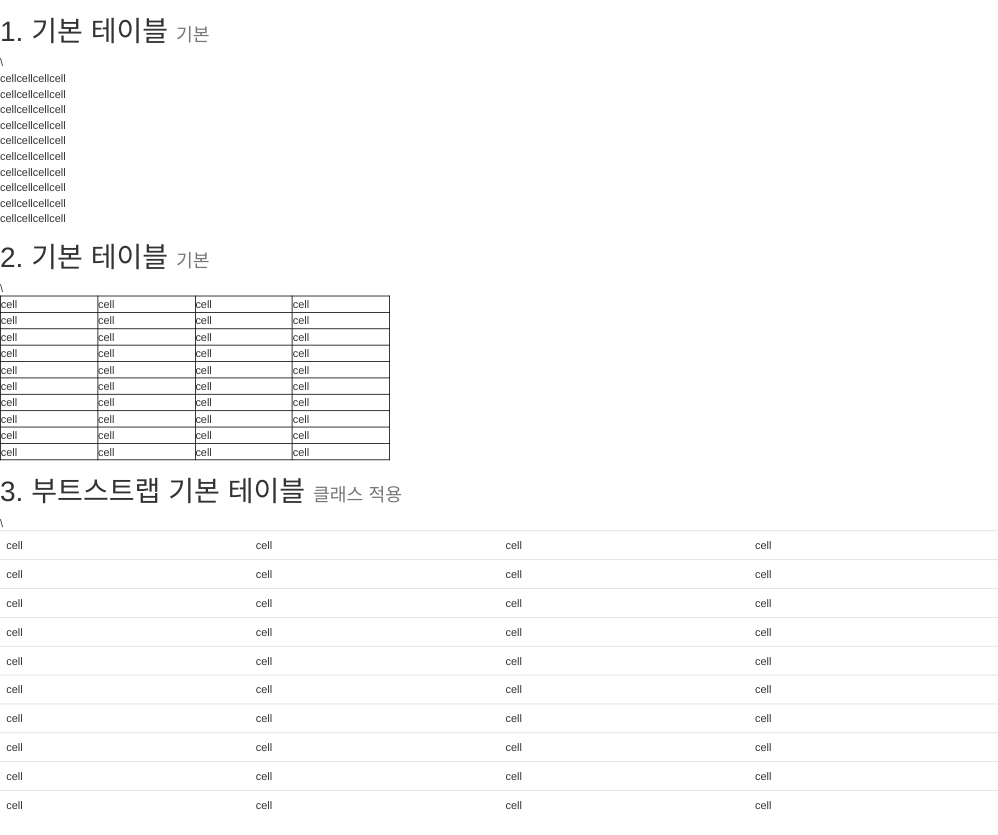
Repository: park-nahyun/BootstrapStudy
Page: BootstrapWork/WebContent/BootEx02.html
The author's editor kept a copy of each file at every save. The page is drawn from the files as they stood at one save, then again after the next save.
The browser window is 1280 px wide. The pictures show the whole page, at 78% of full size.

Above is the page before, as saved 2021-07-01 03:34:13.

After the next save:
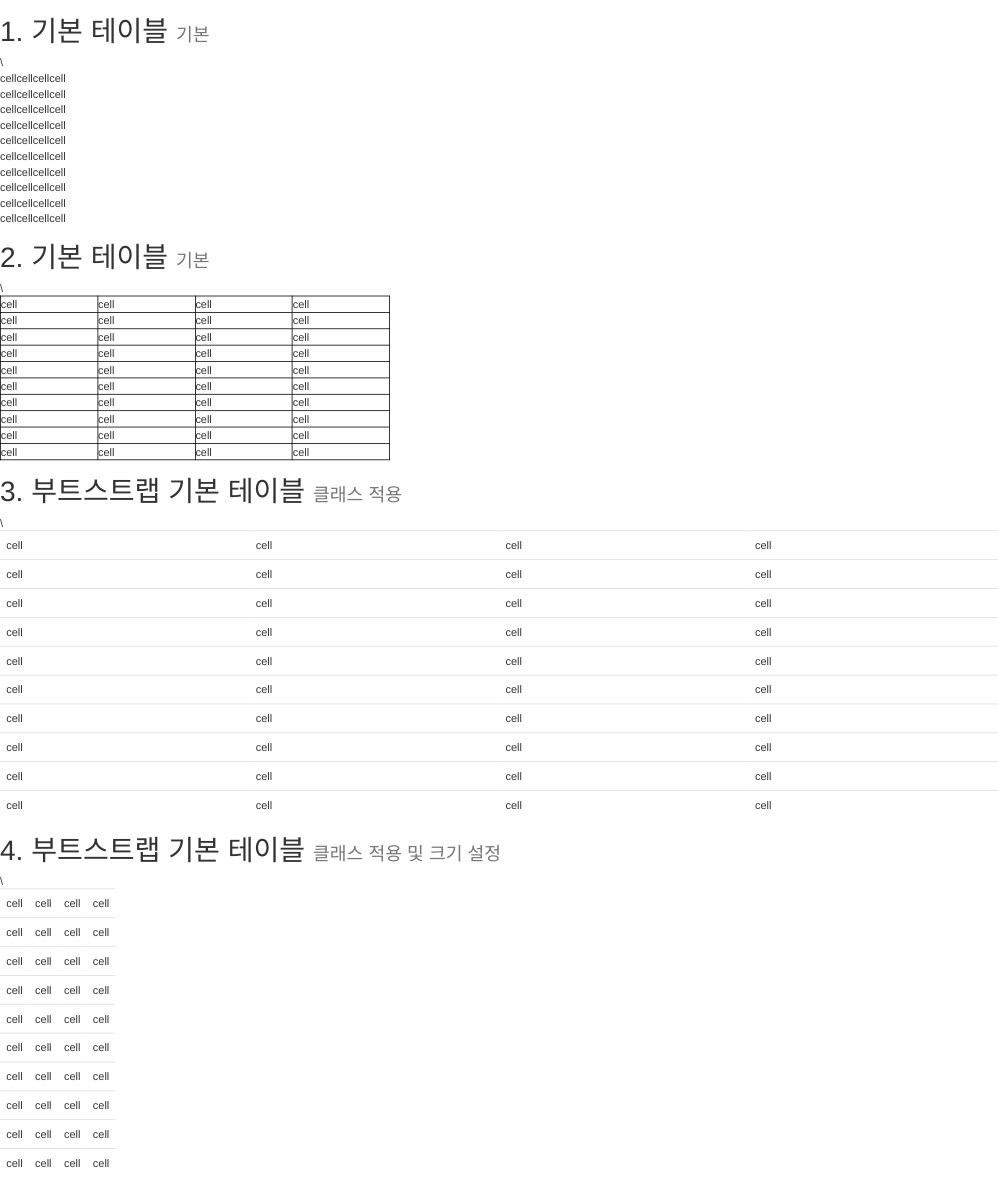
Saved 83 s later.
--- a/BootstrapWork/WebContent/BootEx02.html
+++ b/BootstrapWork/WebContent/BootEx02.html
@@ -224,5 +224,70 @@
 		<td>cell</td>
 	</tr>
 </table>
+
+<h1>4. 부트스트랩 기본 테이블 <small>클래스 적용 및 크기 설정</small></h1>\
+<!-- table>(tr>td{cell}*4)*10 -->
+<table class="table" style="width:100px;">
+	<tr>
+		<td>cell</td>
+		<td>cell</td>
+		<td>cell</td>
+		<td>cell</td>
+	</tr>
+	<tr>
+		<td>cell</td>
+		<td>cell</td>
+		<td>cell</td>
+		<td>cell</td>
+	</tr>
+	<tr>
+		<td>cell</td>
+		<td>cell</td>
+		<td>cell</td>
+		<td>cell</td>
+	</tr>
+	<tr>
+		<td>cell</td>
+		<td>cell</td>
+		<td>cell</td>
+		<td>cell</td>
+	</tr>
+	<tr>
+		<td>cell</td>
+		<td>cell</td>
+		<td>cell</td>
+		<td>cell</td>
+	</tr>
+	<tr>
+		<td>cell</td>
+		<td>cell</td>
+		<td>cell</td>
+		<td>cell</td>
+	</tr>
+	<tr>
+		<td>cell</td>
+		<td>cell</td>
+		<td>cell</td>
+		<td>cell</td>
+	</tr>
+	<tr>
+		<td>cell</td>
+		<td>cell</td>
+		<td>cell</td>
+		<td>cell</td>
+	</tr>
+	<tr>
+		<td>cell</td>
+		<td>cell</td>
+		<td>cell</td>
+		<td>cell</td>
+	</tr>
+	<tr>
+		<td>cell</td>
+		<td>cell</td>
+		<td>cell</td>
+		<td>cell</td>
+	</tr>
+</table>
 </body>
 </html>
